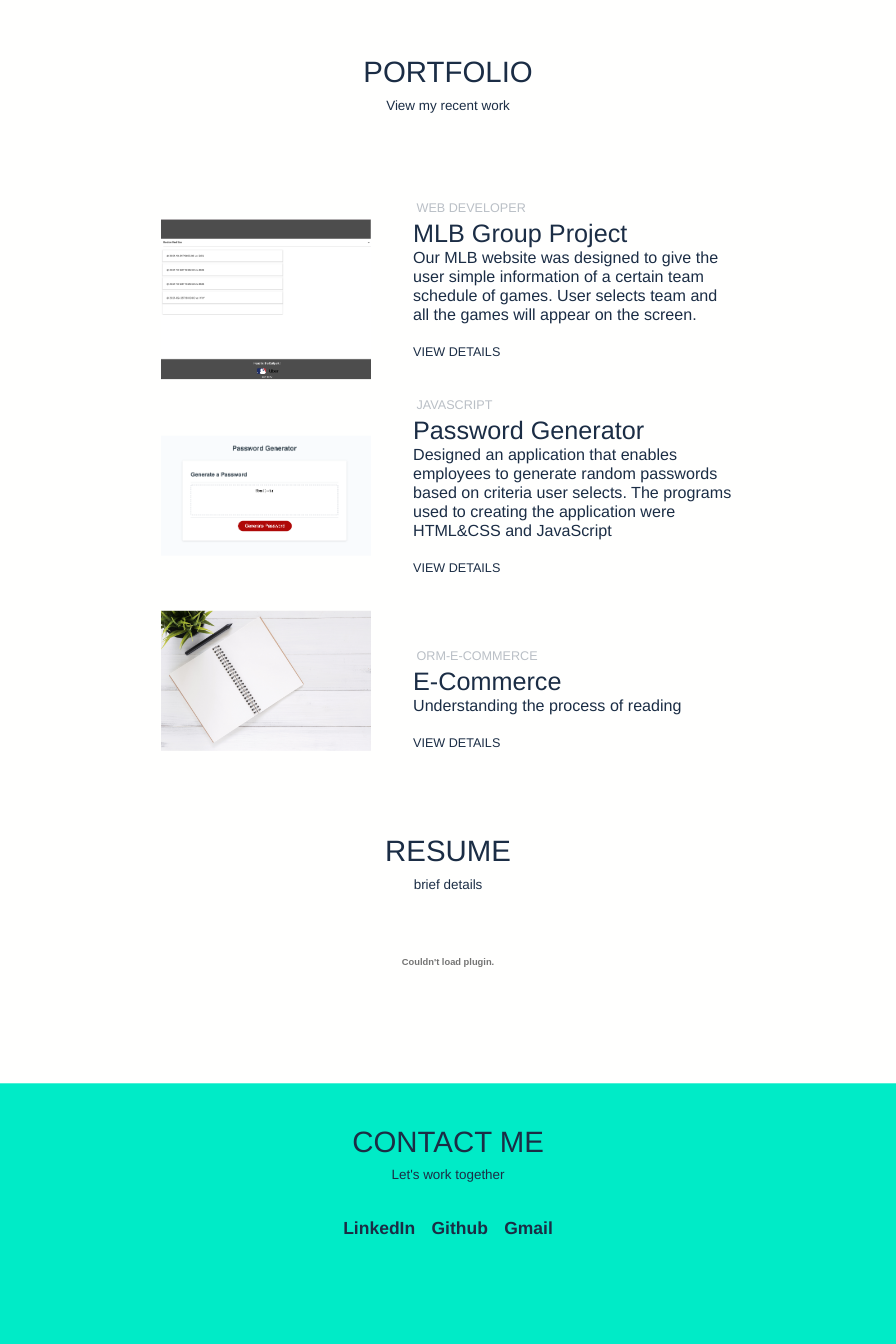
Repository: jb150524/JB-Portfolio
Page: index.html
These files come from the project's save history. The page is drawn as it stood at one moment and after the next save; the edit follows.
The browser window is 1280 px wide. The pictures show the part of the page from y = 2252 to 4172 px (the page is 4282 px tall), at 70% of full size.
Some web libraries are served in a nearby version.

Above is the page before, as saved 2021-09-25 20:06:11.

After the next save:
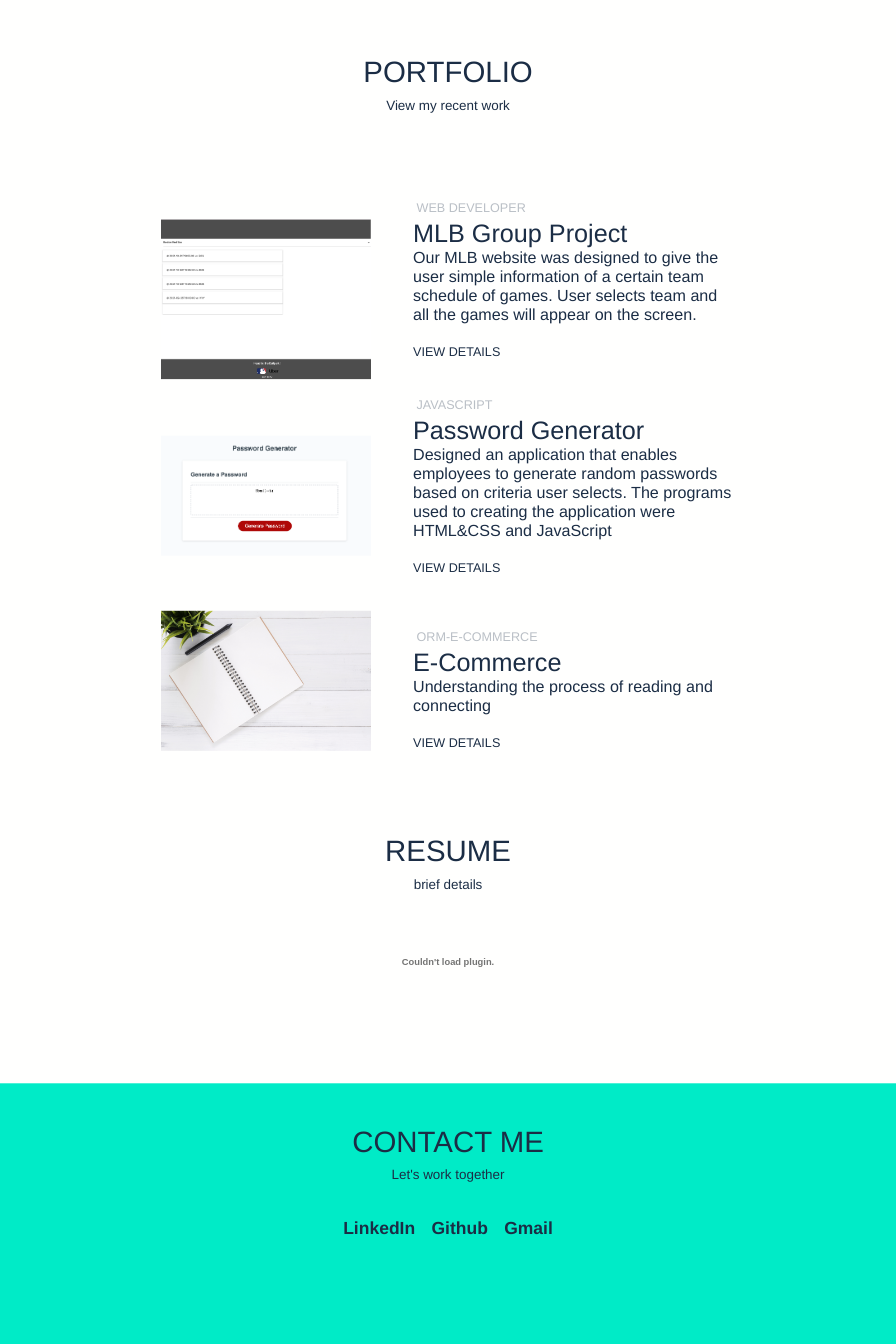
Saved 4 s later.
--- a/index.html
+++ b/index.html
@@ -131,7 +131,7 @@
               <h6>ORM-E-Commerce</h6>
               <h1>E-Commerce</h1>
               <p>
-              Understanding the process of reading
+              Understanding the process of reading and connecting
               </p>
               <a href="file:///Users/jja/FullStack_HW/juanwebsite/index.html#" class="cta"> View Details</a>
             </div>
